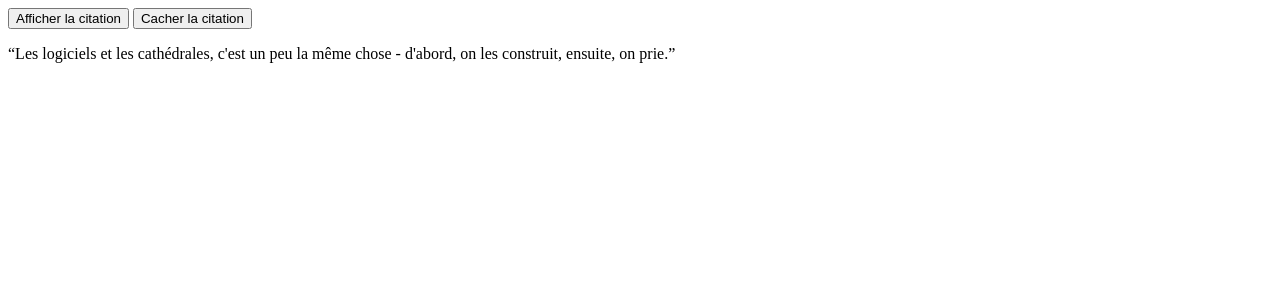
Repository: karim-sebih/runtrackJs
Page: jour3/job1/index.html
The author's editor kept a copy of each file at every save. The page is drawn from the files as they stood at one save, then again after the next save.
The browser window is 1280 px wide. The pictures show the whole page.

Above is the page before, as saved 2025-03-12 10:13:16.

After the next save:
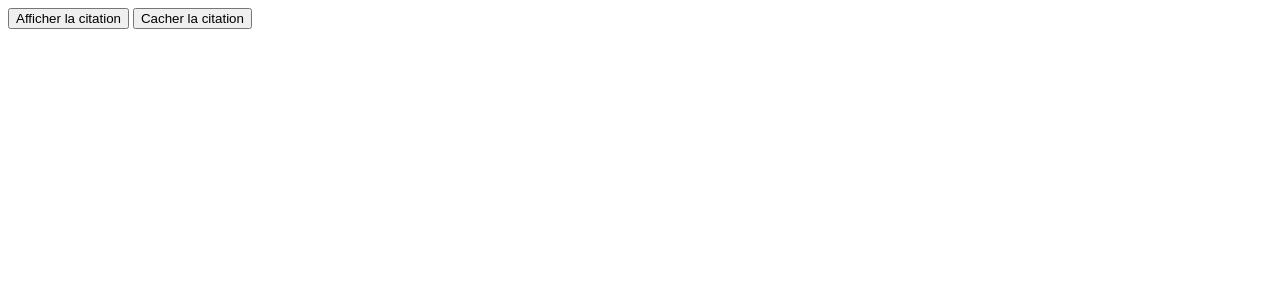
Saved 17 s later.
--- a/jour3/job1/index.css
+++ b/jour3/job1/index.css
@@ -1,3 +1,3 @@
-.citation{
+#citation{
     display: none;
 }
